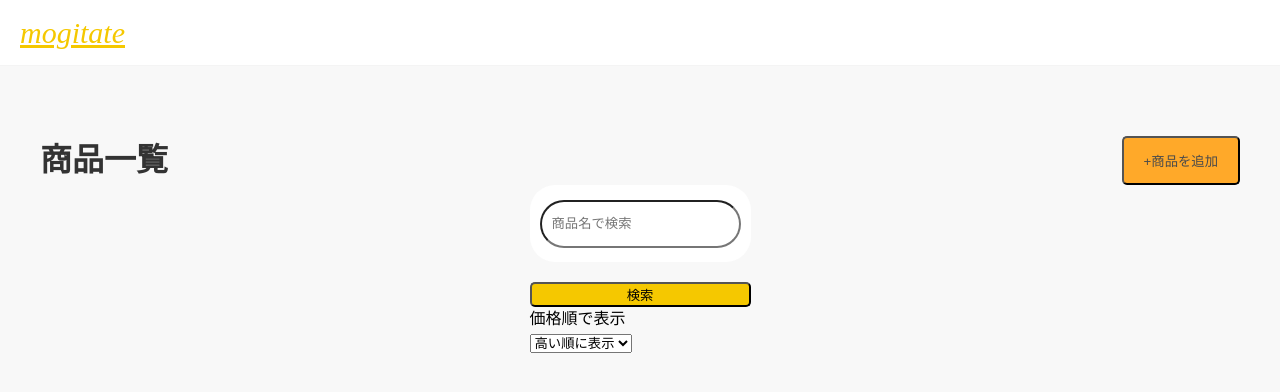
Repository: SuzukiFuminori/test-fruit
Page: http://localhost/products
An editor plug-in stored every save of this project. The page is shown before and after the next save, followed by the edit.
The browser window is 1280 px wide. The pictures show the whole page.
The page is served by the project's Laravel application, run on PHP 8.4 with Laravel 8. Queries for data that is not in the repository find no rows.

Above is the page before, as saved 2024-12-30 06:12:07.

After the next save:
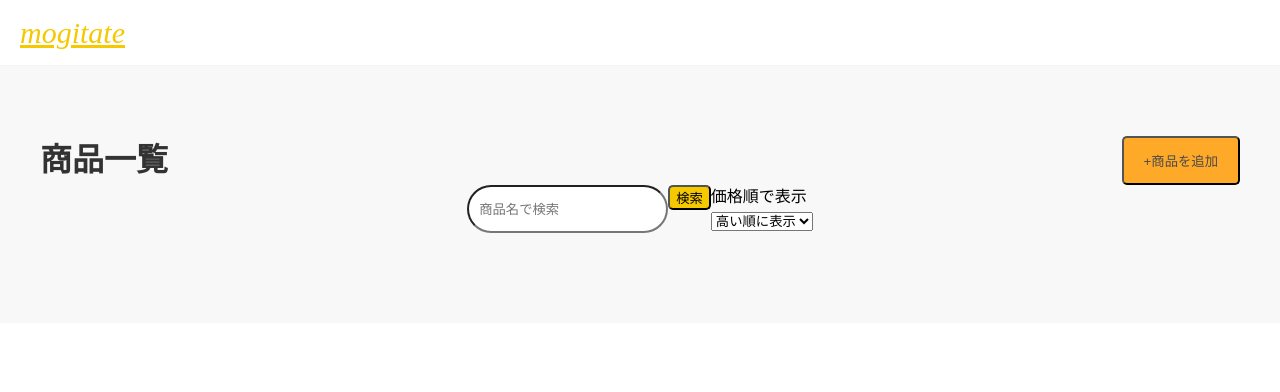
Saved 7 s later.
--- a/src/resources/views/index.blade.php
+++ b/src/resources/views/index.blade.php
@@ -20,7 +20,6 @@
       <div class="content-container">
         <div class="search-wrapper">
           <div class="search__input">
-            <div class="search__input--text">
               <input class="search__input--text" type="search" name="name" placeholder="商品名で検索">
             </div>
           </div>
